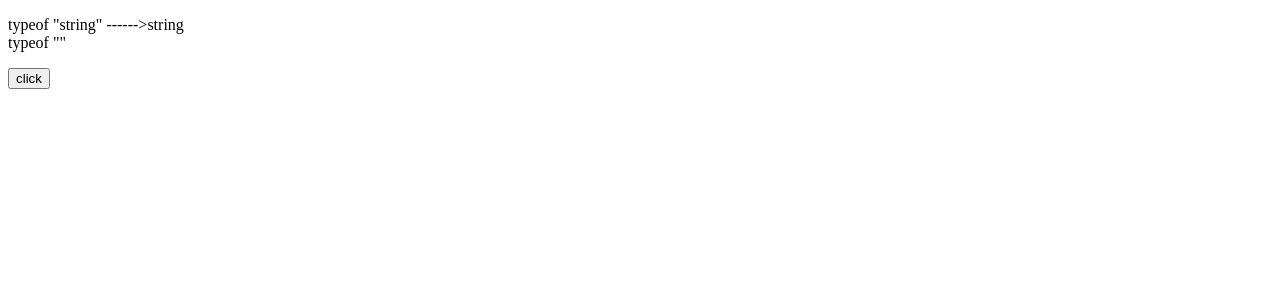
Repository: SlimShadyBaby/study-vue
Page: code/003-JavaScript/1-数据类型/structure.html
These files come from the project's save history. The page is drawn as it stood at one moment and after the next save; the edit follows.
The browser window is 1280 px wide. The pictures show the whole page.
After loading, the first visible `input` was clicked once.

Above is the page before, as saved 2021-09-07 20:36:08.

### code/003-JavaScript/1-数据类型/structure.html
<!DOCTYPE html>
<html lang="en">
<head>
    <meta charset="UTF-8">
    <meta http-equiv="X-UA-Compatible" content="IE=edge">
    <meta name="viewport" content="width=device-width, initial-scale=1.0">
    <title>Document</title>
    <script>
        function getTypeOf() {
            document.getElementById("p").innerHTML=
            "typeof \"string\" ------>" + typeof "string" + "<br>" +
            "typeof \"\""
        }

    </script>
</head>
<body>
    <p id="p"></p>
    <input type="button" value="click" onclick="getTypeOf();">
</body>
</html>

After the next save:
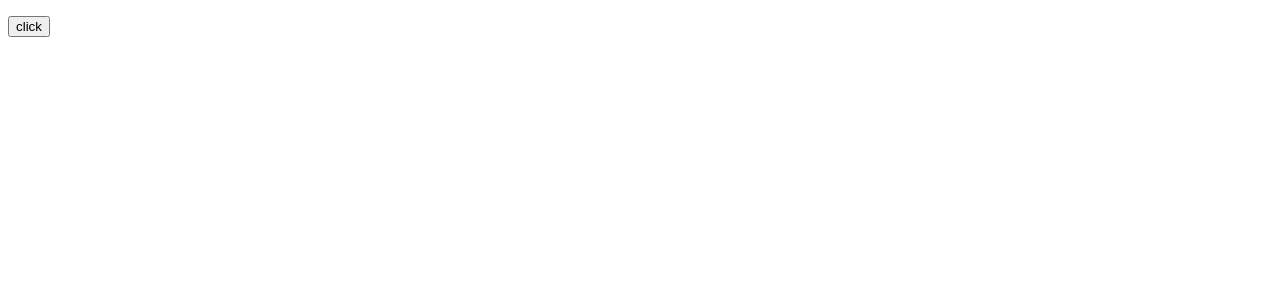
Console error: SyntaxError: Unexpected token '}'
Saved 34 s later.
--- a/code/003-JavaScript/1-数据类型/structure.html
+++ b/code/003-JavaScript/1-数据类型/structure.html
@@ -9,7 +9,7 @@
         function getTypeOf() {
             document.getElementById("p").innerHTML=
             "typeof \"string\" ------>" + typeof "string" + "<br>" +
-            "typeof \"\""
+            "typeof boolean ----->" + typeof boolean + "<br>" +
         }
 
     </script>

After the save that followed:
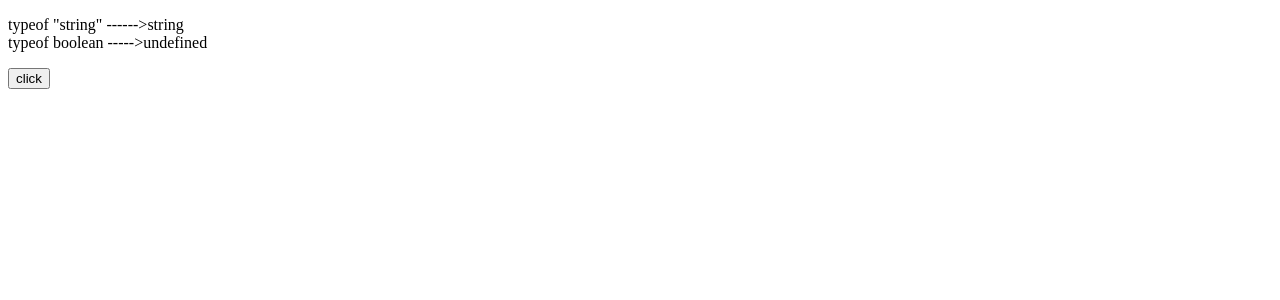
The error is gone.
Saved 17 s later.
--- a/code/003-JavaScript/1-数据类型/structure.html
+++ b/code/003-JavaScript/1-数据类型/structure.html
@@ -9,7 +9,7 @@
         function getTypeOf() {
             document.getElementById("p").innerHTML=
             "typeof \"string\" ------>" + typeof "string" + "<br>" +
-            "typeof boolean ----->" + typeof boolean + "<br>" +
+            "typeof boolean ----->" + typeof boolean + "<br>"
         }
 
     </script>
